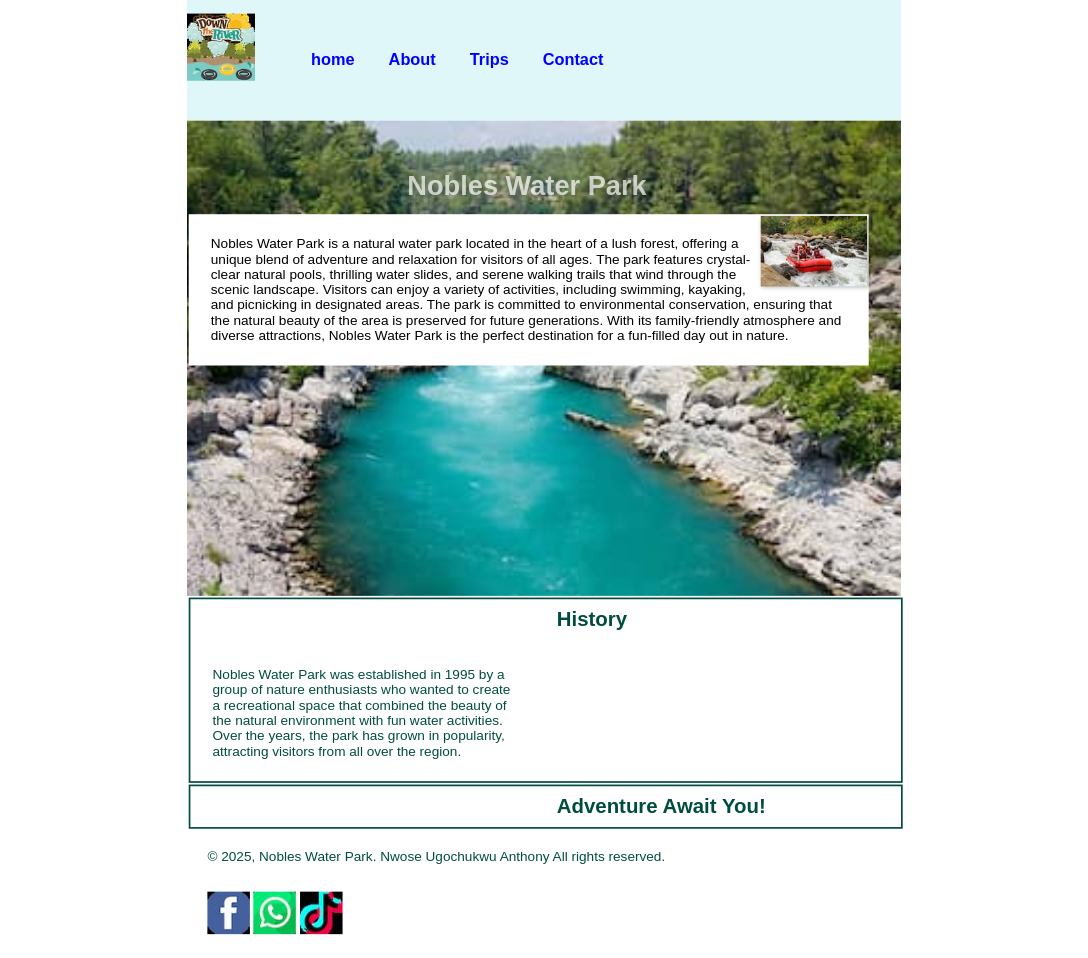
Repository: NoblesNigeria/wdd130
Page: wwr/about.html
An editor plug-in stored every save of this project. The page is shown before and after the next save, followed by the edit.
The browser window is 1280 px wide. The pictures show the whole page, at 85% of full size.

Above is the page before, as saved 2025-09-16 20:08:53.

### wwr/about.html
<!DOCTYPE html>
<html lang="en">

<head>
    <meta charset="UTF-8">
    <meta name="viewport" content="width=device-width, initial-scale=1.0">
    <title>Nobles Water Park</title>
    <meta name="description" content=" Nobles natural water park, a place for friends and family fun. ">
    <meta name="author" content="Nwose Ugochukwu Anthony">
    <link rel="stylesheet" href="styles/rafting.css">
</head>

<body>
    <header>
        <img src="images/mylogo.jpg" alt="Nobles Water Park Logo">
        <nav>
            <a href="#">home</a>
            <a href="#">About</a>
            <a href="#">Trips</a>
            <a href="#">Contact</a>
        </nav>
    </header>
    <main>
        <div class="hero">
            <img src="images/myhero.jpg" alt="Nobles Water Park">
            <h1>Nobles Water Park</h1>
            <article>
                <img src="images/mycaption.jpg" alt="We are very happy to staffs here.">
                <p>Nobles Water Park is a natural water park located in the heart of a lush forest, offering a unique
                    blend of adventure and relaxation for visitors of all ages. The park features crystal-clear natural
                    pools, thrilling water slides, and serene walking trails that wind through the scenic landscape.
                    Visitors can enjoy a variety of activities, including swimming, kayaking, and picnicking in
                    designated areas. The park is committed to environmental conservation, ensuring that the natural
                    beauty of the area is preserved for future generations. With its family-friendly atmosphere and
                    diverse attractions, Nobles Water Park is the perfect destination for a fun-filled day out in
                    nature.
                </p>

            </article>
        </div>
        <section>
            <h2>History</h2>
            <p>Nobles Water Park was established in 1995 by a group of nature enthusiasts who wanted to create a
                recreational space that combined the beauty of the natural environment with fun water activities. Over
                the years, the park has grown in popularity, attracting visitors from all over the region.
            </p>
        </section>
        <section>
            <h2>Adventure Await You!</h2>
        </section>
    </main>
    <footer>
        <p>&copy; 2025, Nobles Water Park. Nwose Ugochukwu Anthony All rights reserved.</p>
        <nav class="social-media">
            <a href="https://www.facebook.com">
                <img src="images/facebookicon.jpg" alt="Facebook">
            </a>
            <a href="https://www.whatsapp.com">
                <img src="images/whatsappicon.jpg" alt="whatsapp">
            </a>
            <a href="https://www.tiktok.com">
                <img src="images/tik-tokicon.jpg" alt="tiktok">
            </a>
        </nav>
    </footer>
</body>

</html>

### wwr/styles/rafting.css
:root{
    --primary-color: #e0f7fa;
    --secondary-color: #004d40;
    --accent-color: #00796b;
    --font-family: 'Arial', sans-serif;
    --header-font-size: 2.5em;
    --body-font-size: 1em;
}
header{
    display: grid;
    background-color: var(--primary-color);
    grid-template-columns: repeat(5, 1fr);
    color: var(--secondary-color);
    padding: 1em 0;
    font-family: var(--font-family);;
}
*{
    box-sizing: border-box;
    margin: 0;
    padding: 0;
}
header nav {
    background-color: none;
    display:flex;
    justify-content: center;
    align-items: center;
}
header nav a {
    color: blue;
    display: block;
    text-decoration: none;
    font-weight: bold;
    font-size: 1.2rem;
    padding: 20px;
    align-items: center;
    justify-content: center;
}

header img{
    width: 80px;
    height: auto;
    display: block;
}
body{
    font-family: var(--font-family);
    color: var(--secondary-color);
}
header, main, footer{
    margin: 0 auto;
    width: 840px;
}
h1, h2{
    font-family: var(--font-family);
    color: var(--secondary-color);
}
nav, p, section,article {
    margin: 16px;
    padding: 8px;
}
section{
    display:grid;
    grid-template-columns: 1fr 1fr;
    gap: 10px;
    width:840px;
    height: auto;
    margin: 2px;
    padding: 2px;
    border: 2px solid var(--secondary-color);
}
h2{
    align-items: center;
    justify-content: center;
    grid-column: 2;
    padding: 8px;
    position: block;
}
.social-media a{
    text-decoration: none;
}
.div{
    position: relative;
}
div img{
    width: 100%;
    height: auto;
    display: block;
}
h1{
    position: absolute;
    top: 200px;
    width: 800px;
    color: white;
    padding: 0;
    text-align: center;
    opacity: 0.7;
}
article{
    position: absolute;
    top: 250px;
    width: 800px;
    border: 2px;
    padding: 2px;
    margin:2px;
    color: black;
    background-color: white;
}
.hero article img{
    float: right;
    width: 125px;
    box-shadow: 2px 2px 5px rgba(0,0,0,0.3);
}
.footer{
    display: grid;
    grid-template-columns: 1fr 1fr 1fr;
    gap: 10px;
    width:840px;
    height: auto;
    margin: 2px;
    padding: 2px;
    border: 2px solid var(--secondary-color);
    background-color: var(--primary-color);
}
.footer p{
    text-align: center;
    font-size: 0.9rem;
    color: var(--secondary-color);
    grid-column:1/4;
}
.footer a{
    text-align: center;
    font-size: 0.9rem;
    color: var(--secondary-color);
    display: block;
    padding: 10px;
    text-decoration: none;
    font-weight: bold;
    font-size: 1.2rem;
    color:azure;
    align-items: center;
    justify-content: center;
}

After the next save:
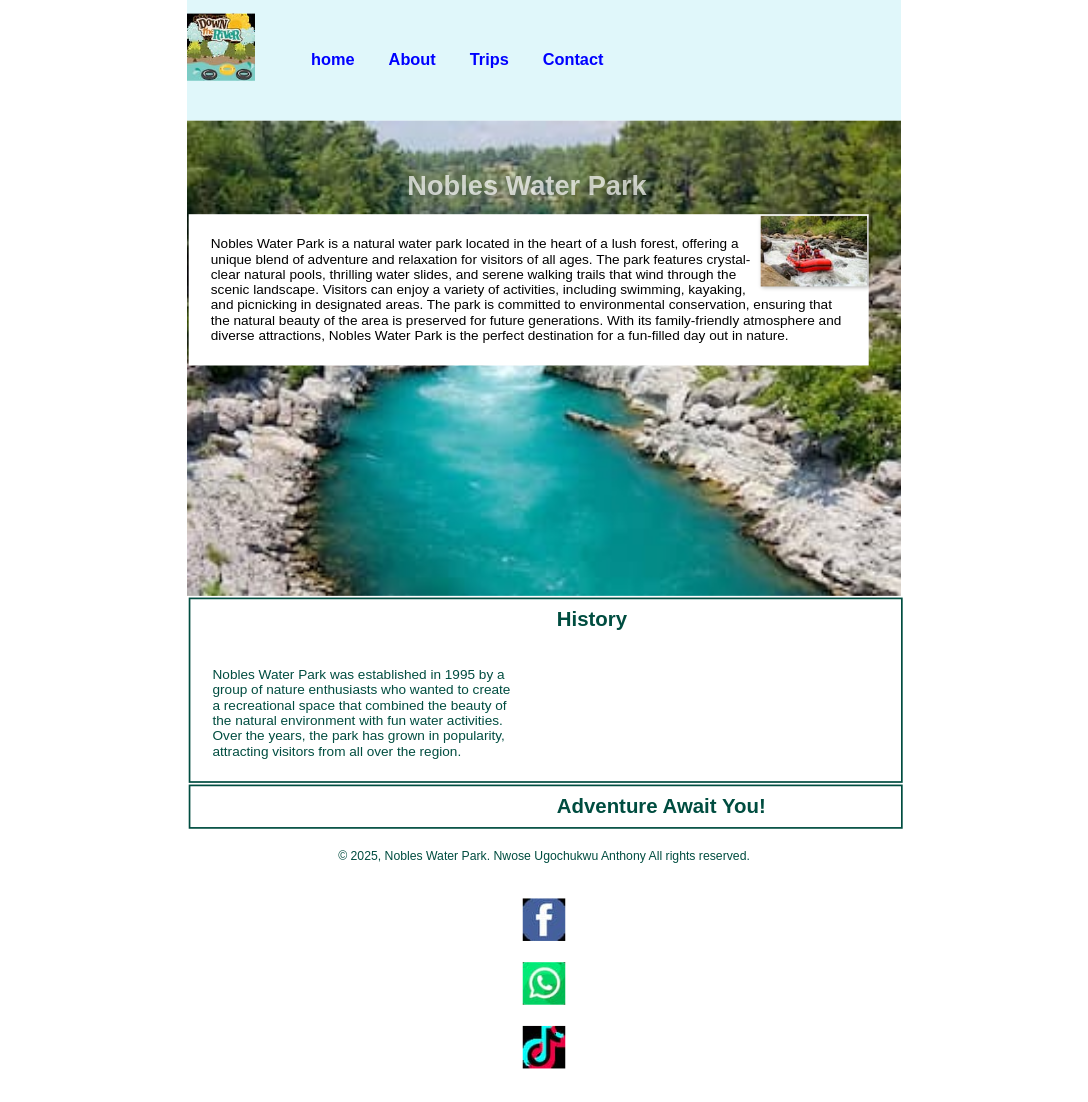
Saved 47 s later.
--- a/wwr/styles/rafting.css
+++ b/wwr/styles/rafting.css
@@ -120,13 +120,13 @@
     border: 2px solid var(--secondary-color);
     background-color: var(--primary-color);
 }
-.footer p{
+footer p{
     text-align: center;
     font-size: 0.9rem;
     color: var(--secondary-color);
     grid-column:1/4;
 }
-.footer a{
+footer a{
     text-align: center;
     font-size: 0.9rem;
     color: var(--secondary-color);
